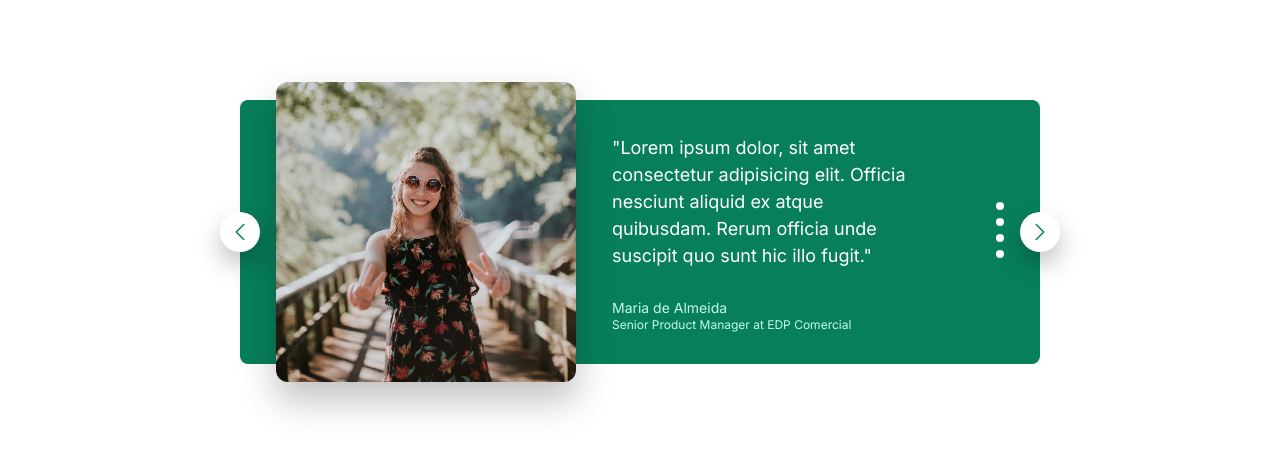
Repository: Ahmed123rezk123/06-Components
Page: carousel.html
An editor plug-in stored every save of this project. The page is shown before and after the next save, followed by the edit.
The browser window is 1280 px wide. The pictures show the whole page.

Above is the page before, as saved 2024-09-16 09:10:45.

### carousel.html
<!DOCTYPE html>
<html lang="en">
  <head>
    <meta charset="UTF-8" />
    <meta name="viewport" content="width=device-width, initial-scale=1.0" />
    <link rel="preconnect" href="https://fonts.gstatic.com" />
    <link
      href="https://fonts.googleapis.com/css2?family=Inter:wght@400;500;700&display=swap"
      rel="stylesheet"
    />
    <style>
      * {
        margin: 0;
        padding: 0;
        box-sizing: border-box;
      }

      body {
        font-family: "Inter", sans-serif;
        /* color: #343a40;
        background-color: #f8f9fa; */
        line-height: 1;
      }
      .carousel {
        width: 800px;
        margin: 100px auto;
        background-color: #087f5b;
        border-radius: 8px;
        padding: 32px;
        padding-left: 86px;
        color: #fff;
        display: flex;
        align-items: center;
        gap: 86px;
        position: relative;
      }

      img {
        height: 200px;
        border-radius: 8px;
        transform: scale(1.5);
        box-shadow: 0 12px 24px rgb(0, 0, 0, 0.25);
      }
      .testmonial-text {
        font-size: 18px;
        font-weight: 500px;
        line-height: 1.5;
        margin-bottom: 32px;
      }
      .testmonial-auther {
        font-size: 14px;
        margin-bottom: 4px;
        color: #c3fae8;
      }

      .testmonial-job {
        font-size: 12px;
        color: #c3fae8;
      }

      .btn {
        background-color: #fff;
        border: none;
        width: 40px;
        height: 40px;
        position: absolute;
        border-radius: 50%;
        display: flex;
        justify-content: center;
        align-items: center;
        box-shadow: 0 12px 24px rgb(0, 0, 0, 0.25);
        cursor: pointer;
      }
      .btn-icon {
        width: 24px;
        height: 24px;
        stroke: #087f5b;
        font-weight: bold;
      }
      .btn-right {
        right: 0px;
        top: 50%;
        transform: translate(50%, -50%);
      }
      .btn-left {
        left: 0px;
        top: 50%;
        transform: translate(-50%, -50%);
      }
      .dot {
        width: 12px;
        height: 12px;
        border-radius: 50%;
        border: 2px solid #087f5b;
        background-color: #fff;
        cursor: pointer;
      }
    </style>
    <title>Carousel</title>
  </head>
  <body>
    <div class="carousel">
      <img src="maria.jpg" alt="" />
      <blockquote class="testmonial">
        <p class="testmonial-text">
          "Lorem ipsum dolor, sit amet consectetur adipisicing elit. Officia
          nesciunt aliquid ex atque quibusdam. Rerum officia unde suscipit quo
          sunt hic illo fugit."
        </p>
        <p class="testmonial-auther">Maria de Almeida</p>
        <p class="testmonial-job">Senior Product Manager at EDP Comercial</p>
      </blockquote>

      <button class="btn btn-right">
        <svg
          xmlns="http://www.w3.org/2000/svg"
          fill="none"
          viewBox="0 0 24 24"
          stroke-width="1.5"
          stroke="currentColor"
          class="btn-icon"
        >
          <path
            stroke-linecap="round"
            stroke-linejoin="round"
            d="m8.25 4.5 7.5 7.5-7.5 7.5"
          />
        </svg>
      </button>
      <button class="btn btn-left">
        <svg
          xmlns="http://www.w3.org/2000/svg"
          fill="none"
          viewBox="0 0 24 24"
          stroke-width="1.5"
          stroke="currentColor"
          class="btn-icon"
        >
          <path
            stroke-linecap="round"
            stroke-linejoin="round"
            d="M15.75 19.5 8.25 12l7.5-7.5"
          />
        </svg>
      </button>
      <div class="dots">
        <button class="dot">&nbsp;</button>
        <button class="dot">&nbsp;</button>
        <button class="dot">&nbsp;</button>
        <button class="dot">&nbsp;</button>
      </div>
    </div>
  </body>
</html>

After the next save:
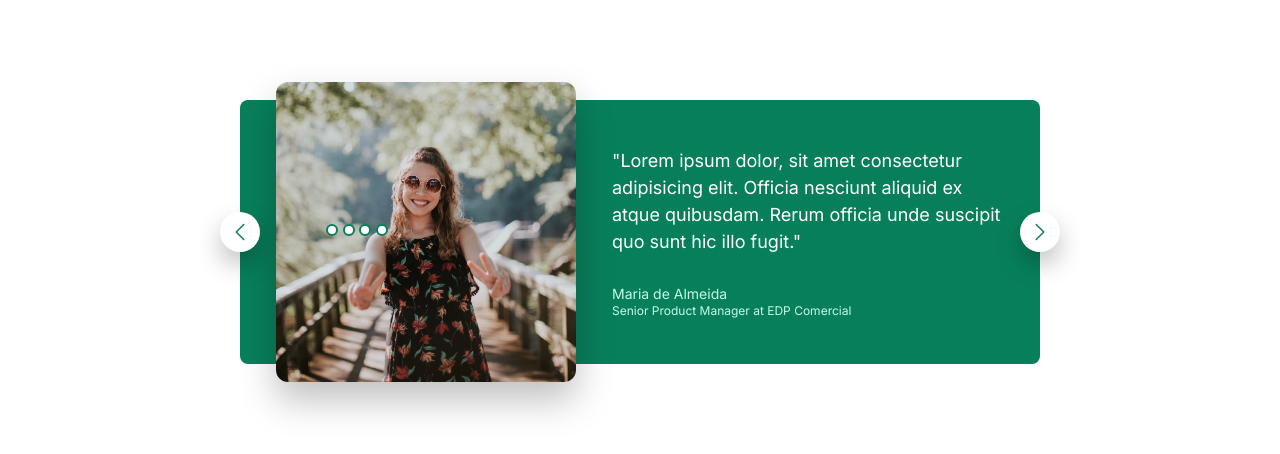
Saved 14 s later.
--- a/carousel.html
+++ b/carousel.html
@@ -87,6 +87,9 @@
         top: 50%;
         transform: translate(-50%, -50%);
       }
+      .dots {
+        position: absolute;
+      }
       .dot {
         width: 12px;
         height: 12px;
